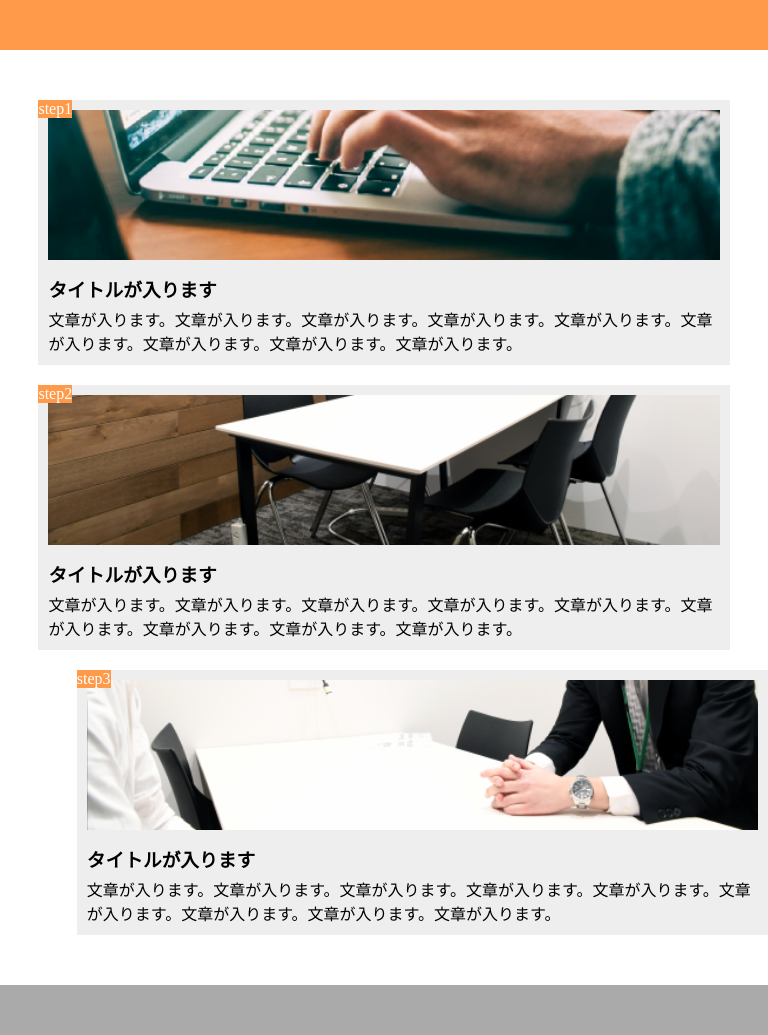
Repository: ebiten1205/kadai.html
Page: kadai 1/sample.html
The author's editor kept a record of every edit. The page is drawn from the files as they stood at one moment, then again after the next edit.
The browser window is 768 px wide. The pictures show the whole page.

Above is the page before.

After the next edit:
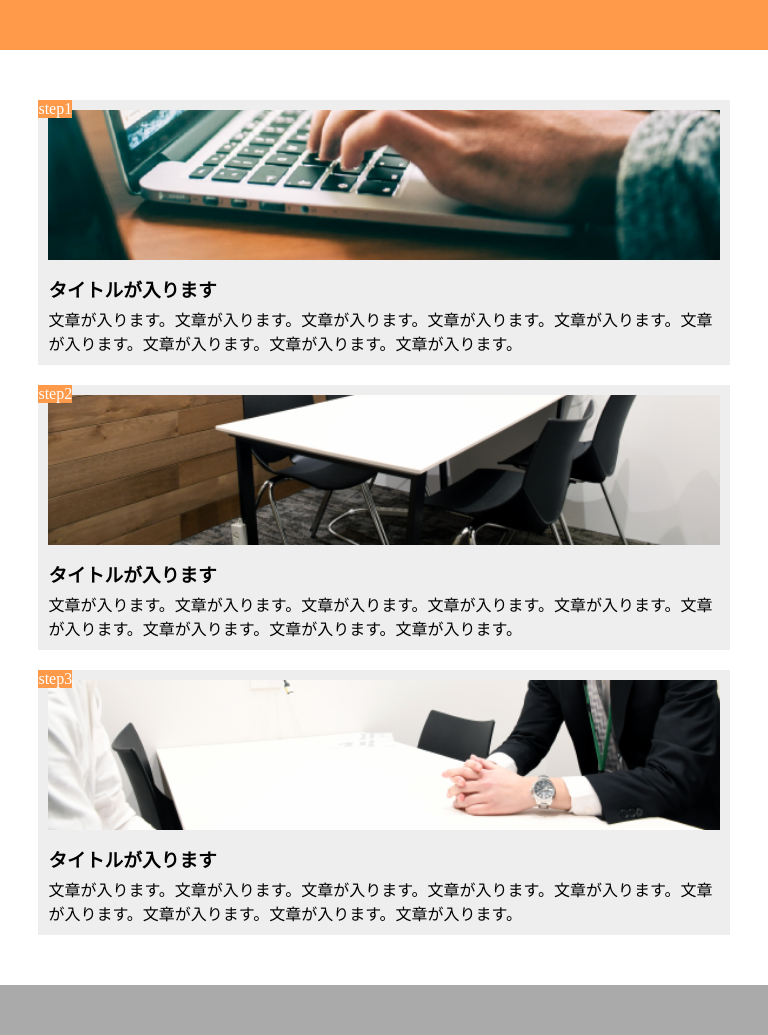
The edit:
--- a/kadai 1/style.css
+++ b/kadai 1/style.css
@@ -87,9 +87,9 @@
     position: absolute;
   }
 
-  .step-img3 {
-    margin: 0 auto;
-  }
+ .step-box:last-child {
+   margin: 0 auto;
+ }
 
   .title {
     width: 100%;
